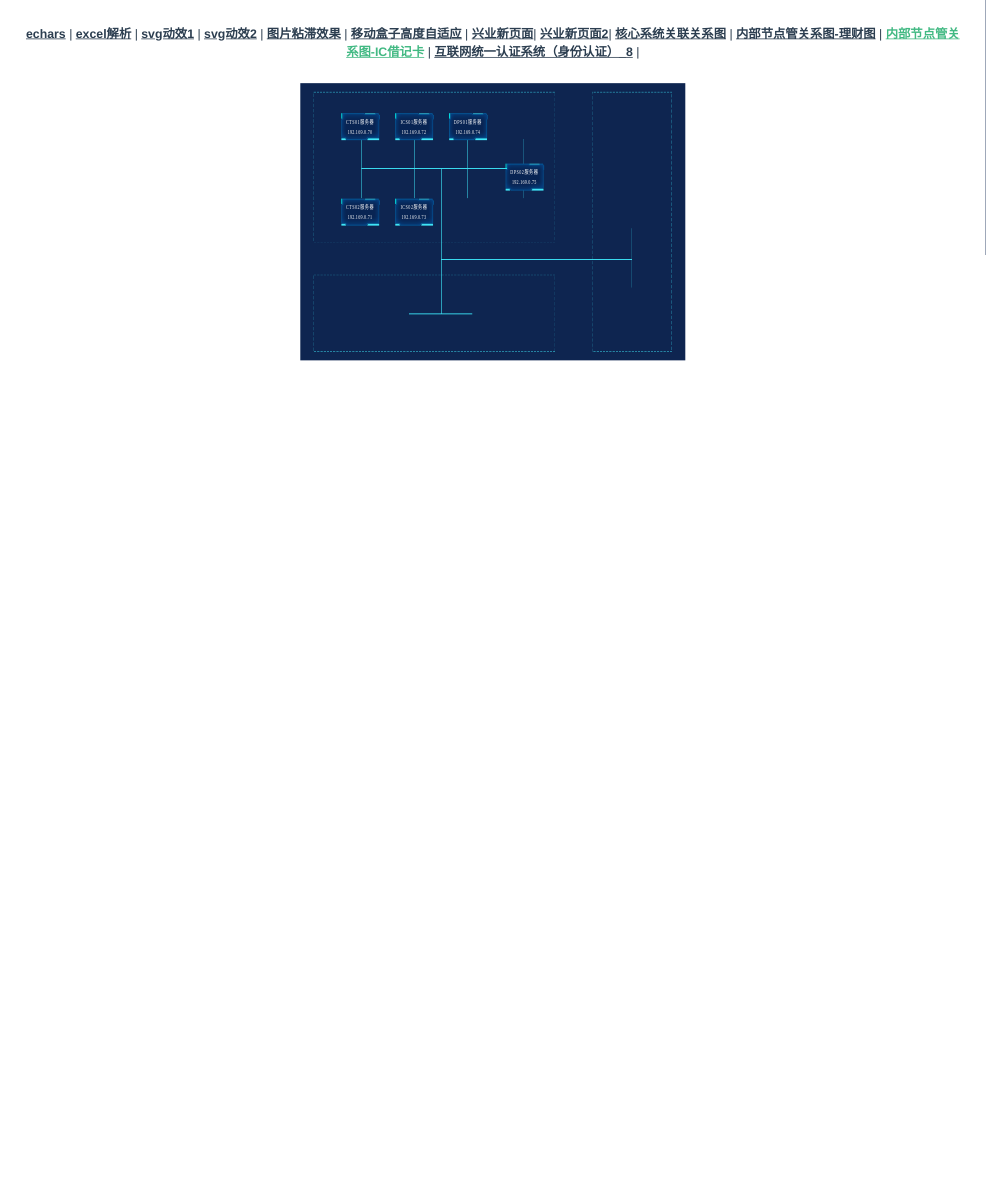
Repository: dmj199811/animation-dmj
Page: /#/work-page7
An editor plug-in stored every save of this project. The page is shown before and after the next save, followed by the edit.
The browser window is 1280 px wide. The pictures show the whole page, at 77% of full size.
The project was rebuilt for these pictures with package versions that can differ from the ones it lists, and the page was loaded fresh each time.

Above is the page before, as saved 2020-07-05 13:14:37.

After the next save:
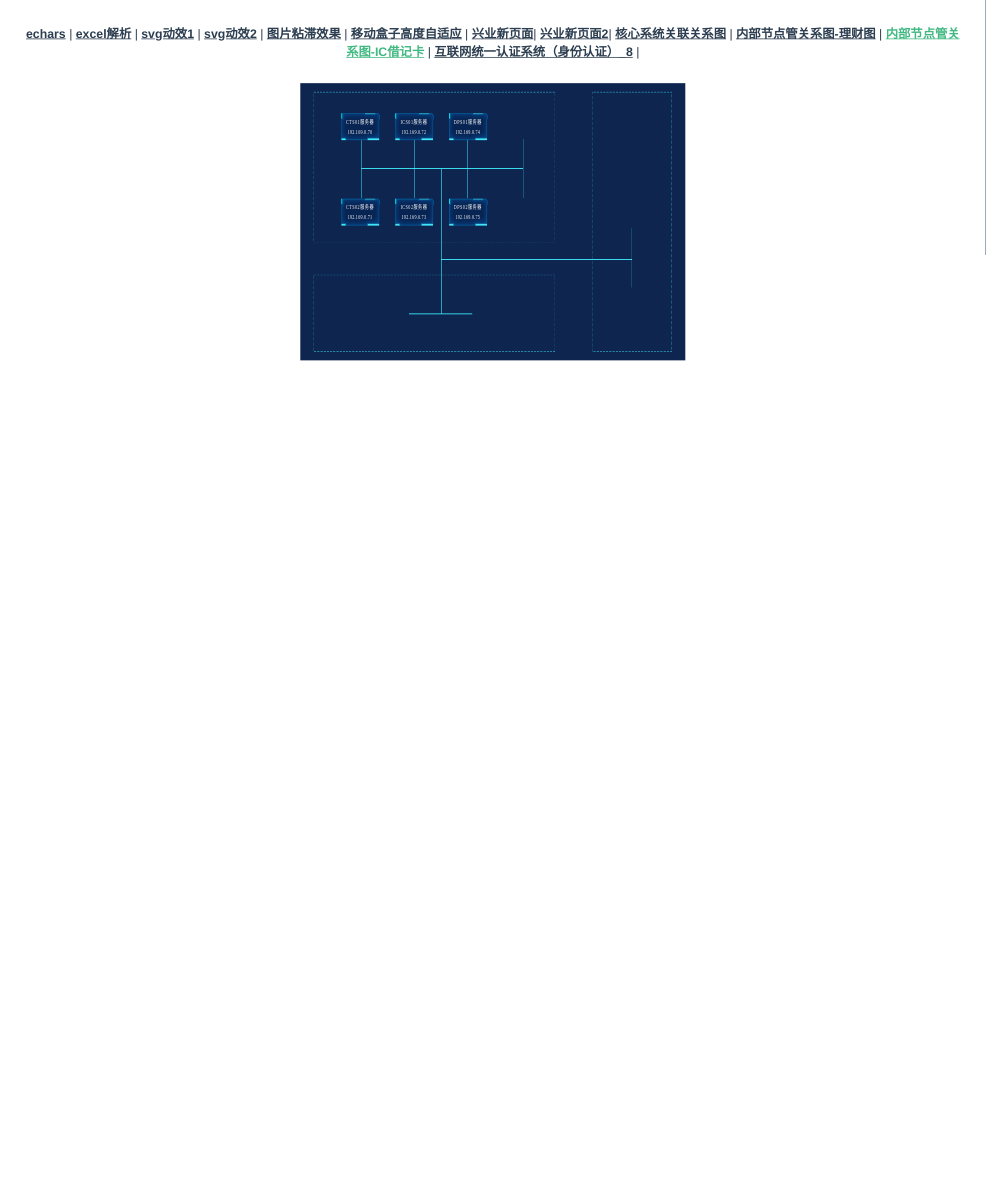
Saved 31 s later.
--- a/src/views/newPage5/index.vue
+++ b/src/views/newPage5/index.vue
@@ -175,8 +175,8 @@ export default {
 
 .pos6 {
   position: absolute;
-  top: 209px;
-  left: 800px;
+  top: 300px;
+  left: 580px;
 }
 
 </style>
